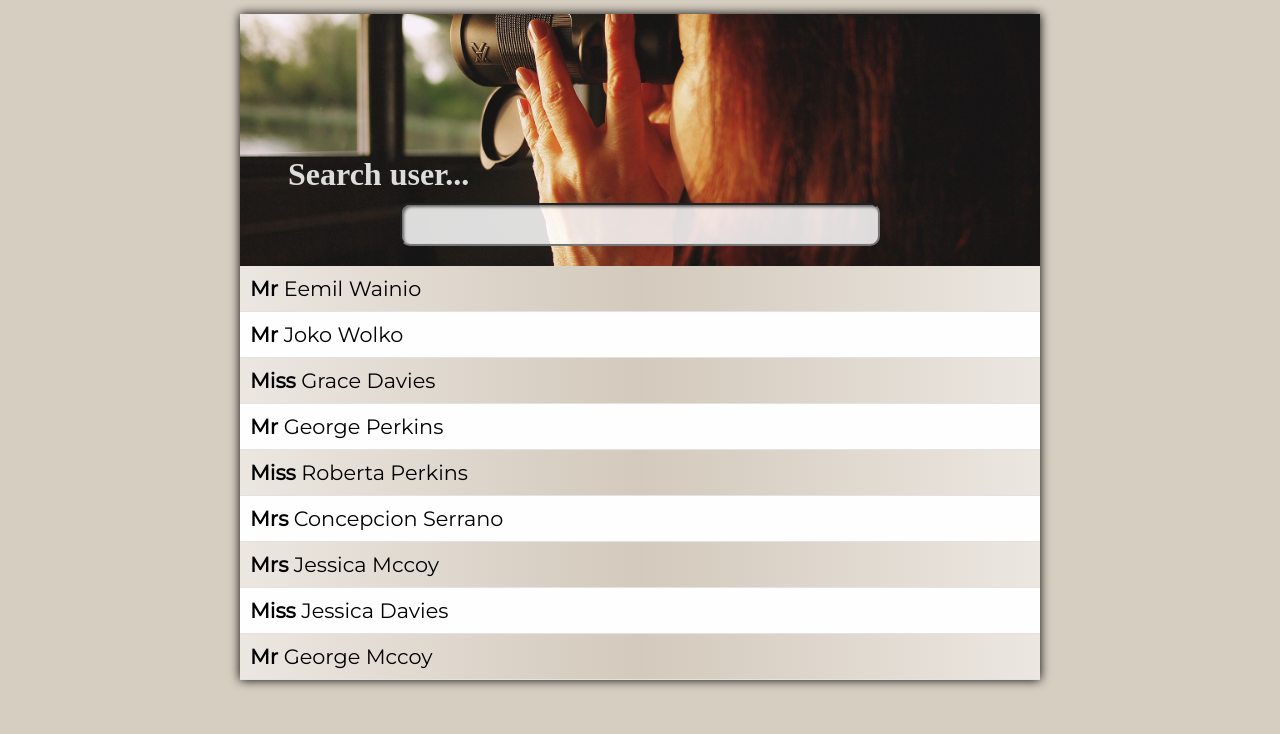
Repository: KrzysKolo/sr_tydzien5_zad4
Page: /
The author's editor kept a copy of each file at every save. The page is drawn from the files as they stood at one save, then again after the next save.
The browser window is 1280 px wide. The pictures show the whole page.
Some web fonts or font styles are not loaded; a fallback is used. The project was rebuilt for these pictures with package versions that can differ from the ones it lists, and the page was loaded fresh each time.

Above is the page before, as saved 2021-01-03 06:26:28.

### public/index.html
<!DOCTYPE html>
<html lang="en">
  <head>
    <meta charset="utf-8" />
    <link rel="icon" href="%PUBLIC_URL%/favicon.ico" />
    <meta name="viewport" content="width=device-width, initial-scale=1" />
    <meta name="theme-color" content="#000000" />
    <meta
      name="description"
      content="Web site created using create-react-app"
    />
    <link rel="apple-touch-icon" href="%PUBLIC_URL%/logo192.png" />
    <!--
      manifest.json provides metadata used when your web app is installed on a
      user's mobile device or desktop. See https://developers.google.com/web/fundamentals/web-app-manifest/
    -->
    <link rel="manifest" href="%PUBLIC_URL%/manifest.json" />
    <!--
      Notice the use of %PUBLIC_URL% in the tags above.
      It will be replaced with the URL of the `public` folder during the build.
      Only files inside the `public` folder can be referenced from the HTML.

      Unlike "/favicon.ico" or "favicon.ico", "%PUBLIC_URL%/favicon.ico" will
      work correctly both with client-side routing and a non-root public URL.
      Learn how to configure a non-root public URL by running `npm run build`.
    -->
    <link rel="preconnect" href="https://fonts.gstatic.com">
<link href="https://fonts.googleapis.com/css2?family=Finger+Paint&family=Montserrat&family=Over+the+Rainbow&family=Peralta&display=swap" rel="stylesheet">
    <title>User search</title>
  </head>
  <body>
    <noscript>You need to enable JavaScript to run this app.</noscript>
    <div id="root"></div>
    <!--
      This HTML file is a template.
      If you open it directly in the browser, you will see an empty page.

      You can add webfonts, meta tags, or analytics to this file.
      The build step will place the bundled scripts into the <body> tag.

      To begin the development, run `npm start` or `yarn start`.
      To create a production bundle, use `npm run build` or `yarn build`.
    -->
  </body>
</html>

### src/App.js
import React from 'react';
import UsersContainer from './components/UsersContainer';
import Header from './components/Header';
import './App.css';


const App = () => {

  return (
    <section>
      <Header />
      <UsersContainer/>
    </section>
  )
}

export default App;

### src/components/UsersContainer.js
import React, { useState, useEffect } from 'react';


const UsersContainer = () => {

  const UsersAPI = '/users.json';

  const [ users, setUsers ] = useState([]);

  useEffect(() => {

    fetch(UsersAPI)
      .then(res => res.json())
      .then(data => {
        console.log(data.users);
        setUsers(data.users);
      })
    }, []);

    const user = users.map(user => (
      <li className="user" key={user.id}><b>{user.title}</b> {user.first} {user.last}</li>
    ))
    return (
        <ul>
					{user}
        </ul>
    )
}

export default UsersContainer;

### src/components/Header.js
import React from 'react';

const Header = () => {
    return (
        <div className="header__section">
            <h1 className="header__title">Search user...</h1>
            <div className="header__search-wrapper">
                <input className="header__search" type="text" />
            </div>
        </div>
    )
}

export default Header;

### src/App.css
* {
  box-sizing: border-box;
  padding: 0;
  margin: 0;
}
body {
  height: 100vh;
  width: 100vw;
  background-color: rgba(206, 194, 179, 0.8);
}
section {
  margin: 2vh auto;
  width: 70%;
  max-width: 800px;
  display: flex;
  flex-direction: column;
  box-shadow: 0 0 10px #000;
}
.header__section {
  height: 35vh;
  background-image: url("./images/girl.jpg");
  background-position: center;
  background-size: cover;
  display: flex;
  flex-direction: column;
  justify-content: flex-end;
}
.header__title {
  font-size: 2rem;
  font-family: "Peralta", cursive;
  margin: 0 auto 10px 3rem;
  color: rgba(255, 255, 255, 0.85);
}
.header__search-wrapper {
  width: 100%;
  margin-bottom: 20px;
  display: flex;
  justify-content: center;
}
.header__search {
  padding: 8px 10px;
  width: 60%;
  border-radius: 10px;
  background-color: rgba(255, 255, 255, 0.85);
  box-shadow: inset 2px 2px 3px 0px rgba(0, 0, 0, 0.55);
  font-size: 20px;
}
.user {
  font-size: 1.3rem;
  font-family: "Montserrat", sans-serif;
  padding: 10px;
  list-style: none;
  border-bottom: 1px solid rgb(226, 226, 226);
  background-color: #fefefe;
}
.user:nth-child(odd) {
  background: linear-gradient(
    90deg,
    rgba(255, 255, 255, 0.5) 0%,
    rgba(206, 194, 179, 0.4) 50%,
    rgba(255, 255, 255, 0.5) 100%
  );
}

### public/users.json
{
    "users": [
      {
        "id": 1,
        "title": "Mr",
        "first": "Eemil",
        "last": "Wainio"
       },
      {
        "id": 2,
        "title": "Mr",
        "first": "Joko",
        "last": "Wolko"
      },
      {
        "id": 3,
        "title": "Miss",
        "first": "Grace",
        "last": "Davies"
      },
      {
        "id": 4,
        "title": "Mr ",
        "first": "George ",
        "last": "Perkins"
      },
      {
        "id": 5,
        "title": "Miss",
        "first": "Roberta ",
        "last": "Perkins"
      },
      {
        "id": 6,
        "title": "Mrs ",
        "first": "Concepcion ",
        "last": "Serrano"
      },
      {
        "id": 7,
        "title": "Mrs ",
        "first": "Jessica ",
        "last": "Mccoy"
      },
      {
        "id": 8,
        "title": "Miss",
        "first": "Jessica",
        "last": "Davies"
      },
      {
        "id": 9,
        "title": "Mr",
        "first": "George",
        "last": "Mccoy"
      }
    ]
  }

Loaded but not shown: src/index.js (common file)

After the next save:
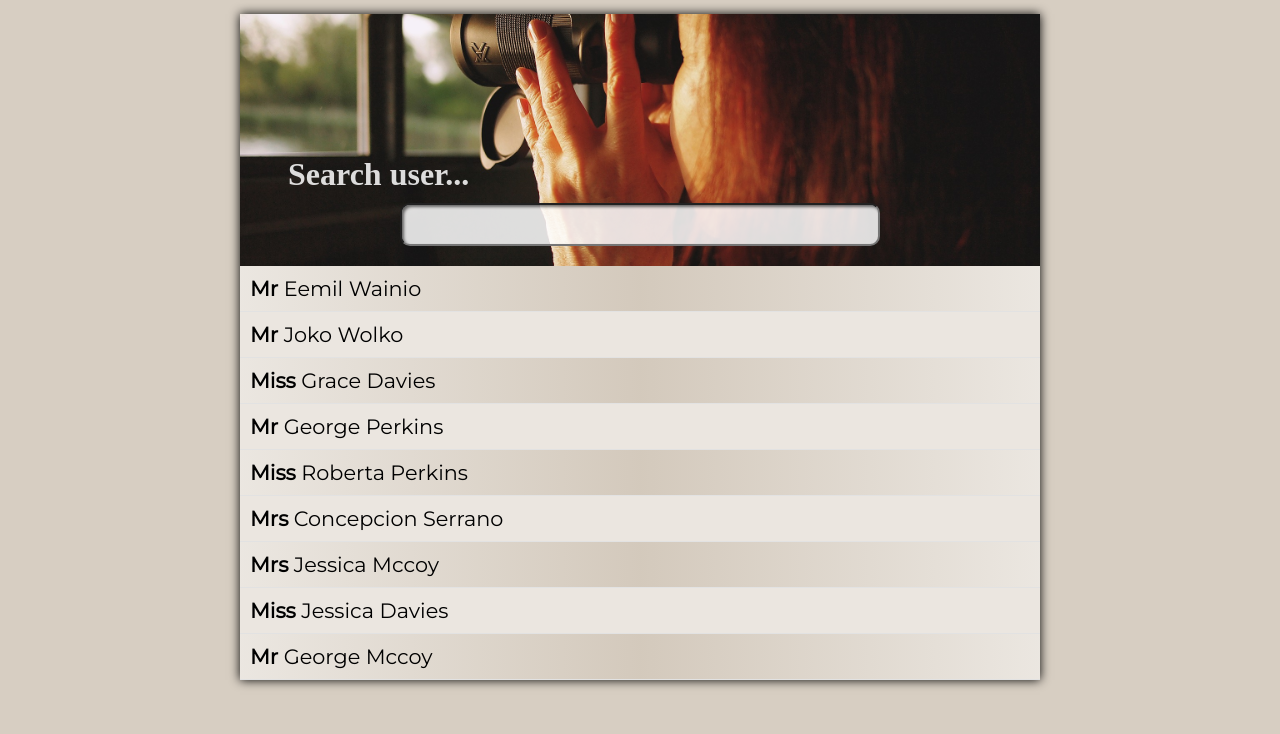
Saved 25 s later.
--- a/src/App.css
+++ b/src/App.css
@@ -51,7 +51,7 @@ section {
   padding: 10px;
   list-style: none;
   border-bottom: 1px solid rgb(226, 226, 226);
-  background-color: #fefefe;
+  background-color: rgba(255, 255, 255, 0.5);
 }
 .user:nth-child(odd) {
   background: linear-gradient(
